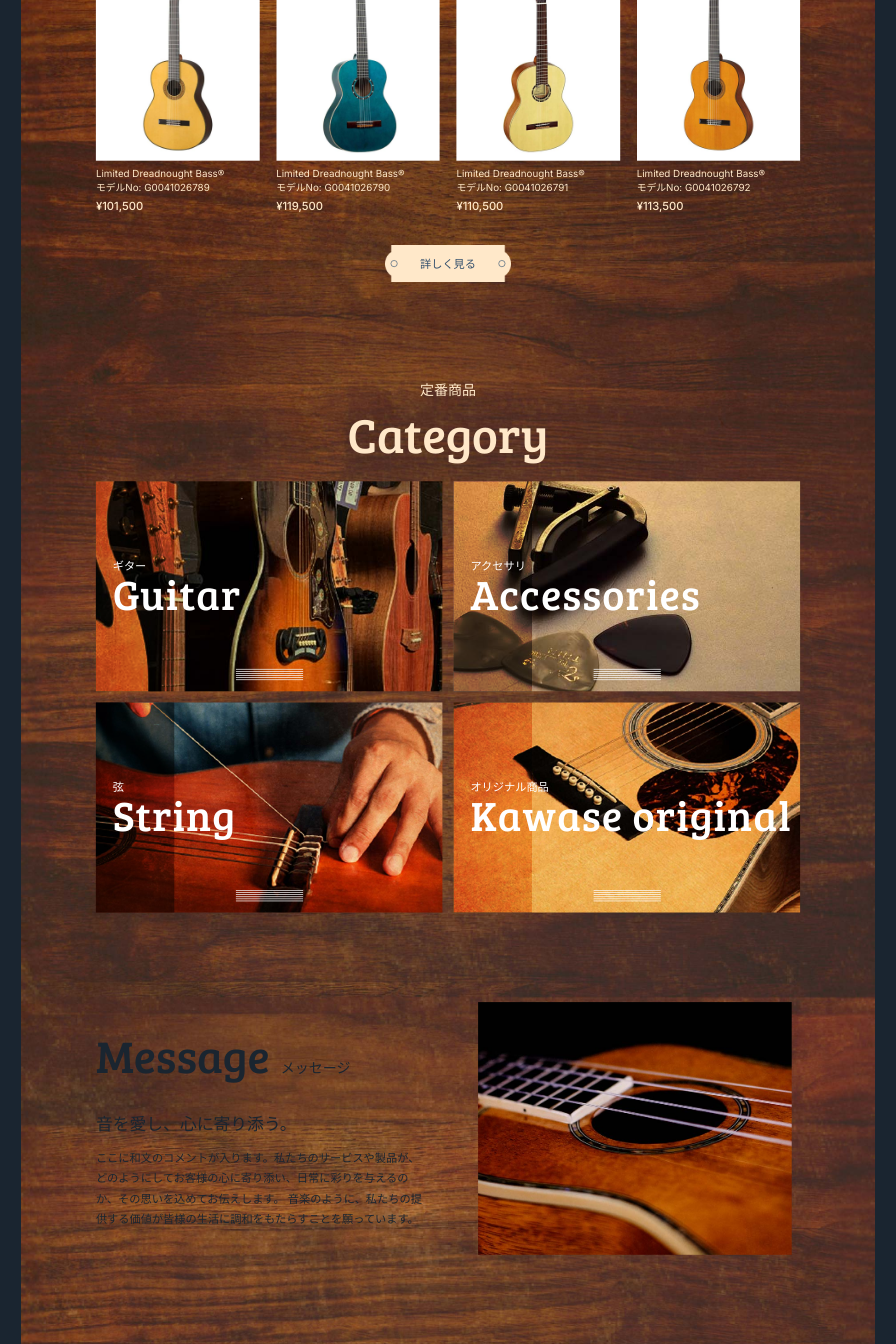
Repository: hyms035k/-----
Page: index.html
These files come from the project's save history. The page is drawn as it stood at one moment and after the next save; the edit follows.
The browser window is 1280 px wide. The pictures show the part of the page from y = 1622 to 3542 px (the page is 3542 px tall before and 3418 px after), at 70% of full size.
Some web fonts or font styles are not loaded; a fallback is used. Some web libraries are served in a nearby version. The style sheet was rebuilt from its Sass, Less or Tailwind sources for each picture, by a compiler version that may differ from the author's.

Above is the page before, as saved 2025-06-05 15:37:43.

### index.html
<!DOCTYPE html>
<html lang="ja">
<head>
    <meta charset="UTF-8">
    <meta name="viewport" content="width=device-width, initial-scale=1.0">
    <title>カワセ楽器（デモ）</title>

    <!-- Tailwind CSS CDN (開発版 - JITコンパイラ含む) -->
    <script src="https://cdn.tailwindcss.com"></script>
    <script>
        // Tailwind CSS の設定 (任意)
        // ここでテーマのカスタマイズなどが可能ですが、まずはデフォルトで進めます。
        // 例: tailwind.config = { theme: { extend: { colors: { 'custom-blue': '#243c5a' } } } }
    </script>
    <style type="text/tailwindcss">
        @layer components {
            .block-box {
                @apply py-10 md:py-20 xl:py-32;
            }
        }
        @layer utilities {
            .category-banner {
                @apply relative block h-[300px];
            }
            @screen md {
                .leading-relaxed {
                    line-height: 1.84;
                }
            }
        }
        @screen md {
            .container {
                @apply max-w-[650px]; /* 768px以上でコンテナのmax-widthは650px */
            }
        }
        @screen lg {
            .container {
                @apply max-w-[870px]; /* 992px以上でコンテナのmax-widthは870px */
            }
        }
        @screen xl {
            .container {
                @apply max-w-[1070px]; /* 1200px以上でコンテナのmax-widthは1070px */
            }
        }
        @screen 2xl {
            .container {
                @apply max-w-[1170px]; /* 1367px以上でコンテナのmax-widthは1170px */
            }
        }
    </style>
    <script>
        // InterフォントをTailwind CSSのデフォルトフォントとして設定
        tailwind.config = {
            theme: {
                // カスタムブレークポイントの定義
                screens: {
                    'sm': '640px',   // Tailwind CSSのデフォルト 'sm'
                    'md': '768px',   // ユーザー指定のBP
                    'lg': '992px',   // ユーザー指定のBP
                    'xl': '1200px',  // ユーザー指定のBP
                    '2xl': '1367px', // ユーザー指定のBP
                },
                // .container クラスのカスタマイズ
                container: {
                    center: true, // コンテナを中央揃えにする
                    padding: {
                        DEFAULT: '1.75rem',
                        md: '1.5rem',
                        lg: '2rem',
                    },
                    screens: {
                        sm: '640px',
                        md: '650px',
                        lg: '870px',
                        xl: '1070px',
                        '2xl': '1170px',
                    },
                },
                extend: {
                    fontFamily: {
                        // デフォルトのサンセリフフォントを Kiwi Maru に設定
                        sans: ['Kiwi Maru', 'Inter', 'sans-serif'],
                        // 見出し等で使用するセリフフォントとして Bree Serif を設定
                        serif: ['Bree Serif', 'serif'],
                    },
                }
            }
        }
    </script>

    <!-- GoogleFonts -->
    <link rel="preconnect" href="https://fonts.googleapis.com">
    <link rel="preconnect" href="https://fonts.gstatic.com" crossorigin>
    <link href="https://fonts.googleapis.com/css2?family=Kiwi+Maru:wght@400;500;600&display=swap" rel="stylesheet">
    <link href="https://fonts.googleapis.com/css2?family=Bree+Serif&display=swap" rel="stylesheet">

    <!-- Interフォントの読み込み (Tailwind CSSのデフォルトフォントファミリーと相性が良い) -->
    <link href="https://fonts.googleapis.com/css2?family=Inter:wght@400;500;600;700&display=swap" rel="stylesheet">

    <link href="./css/style.min.css" rel="stylesheet">
</head>
<body class="font-sans antialiased text-[#1a2530] bg-[#1a2530]">

    <!-- ヒーローセクション -->
    <section id="hero-section" class="h-screen flex flex-col items-center justify-center bg-cover bg-center text-white" aria-labelledby="hero-heading">
        <div class="container h-full flex flex-col items-center justify-center">
            <!-- ロゴのプレースホルダー -->
            <h1 class="hero-logo w-[80%] md:w-[46.1538461%] mx-auto"><img src="./img/top__hero_logo-min.png" alt=""></h1>
            <h2 id="hero-heading" class="text-2xl xl:text-[33px] text-center text-[#ffe1be] leading-[1.4] mt-6">
                あらゆる場面に対処できる<br>長年の経験と技術
            </h2>
        </div>
    </section>

    <main class="px-2 md:px-[30px]">
        <section id="block-1st" class="bg-cover bg-center">
            <div class="container block-box">
                <div class="lg:grid lg:grid-cols-2 lg:gap-[60px] items-center">
                    <div class="flex flex-col">
                        <div class="md:flex md:items-baseline md:gap-x-4 text-center md:text-left">
                            <p class="font-serif text-4xl lg:text-[65px] leading-tight">Message</p>
                            <h2 class="font-sans lg:text-[20px] mt-1">メッセージ</h2>
                        </div>
                        <div class="lg:hidden my-5">
                            <img src="./img/top__block1st_image.jpg" alt="メッセージのイメージ (スマホ)" class="w-full h-auto object-cover">
                        </div>
                        <div class="lg:mt-10">
                            <h3 class="font-sans text-[1.3rem] lg:text-[24px] font-medium">音を愛し、心に寄り添う。</h3>
                            <p class="font-sans text-base mt-4 leading-relaxed">
                                ここに和文のコメントが入ります。私たちのサービスや製品が、どのようにしてお客様の心に寄り添い、日常に彩りを与えるのか、その思いを込めてお伝えします。
                                音楽のように、私たちの提供する価値が皆様の生活に調和をもたらすことを願っています。
                            </p>
                        </div>
                    </div>
                    <div class="hidden lg:flex items-center justify-center">
                        <img src="./img/top__block1st_image.jpg" alt="メッセージのイメージ (PC)" class="w-full max-w-md h-auto object-cover">
                    </div>
                </div>
            </div>
        </section>

        <section id="block-2nd" class="bg-cover bg-top">
            <div class="container block-box pt-0">
                <!-- おすすめ商品 / Topics -->
                <div id="topics" class="block-box pb-0 text-[#ffe8c9]">
                    <div class="max-w-6xl mx-auto">
                        <div class="md:flex md:items-center md:justify-between">
                            <div class="tracking-wide md:flex md:items-baseline md:gap-x-4 text-center md:text-left">
                                <p class="text-4xl lg:text-[56px] font-serif leading-tight">Topics</p>
                                <h2 class="lg:text-[20px] ml-2 mt-1 md:mt-0 font-sans">おすすめ商品</h2>
                            </div>
                            <div class="quick-tab flex justify-center md:justify-end gap-2 lg:gap-4 text-sm mt-4 md:mt-0">
                                <div class="btn text-center active"><span><span>ランキング</span></span></div>
                                <div class="btn text-center"><span><span>新着</span></span></div>
                            </div>
                        </div>
                        <!-- 商品カードリスト -->
                        <div class="grid grid-cols-2 md:grid-cols-4 gap-6 mt-6 mb-11">
                            <!-- 商品カード（繰り返し） -->
                            <div class="text-left">
                                <img src="./img/top__block2nd_topics_guiter_1.jpg" alt="Limited Dreadnought Bass" class="mx-auto mb-2">
                                <p class="text-xs sm:text-sm">
                                    Limited Dreadnought Bass®<br>
                                    モデルNo: G0041026789
                                </p>
                                <p class="mt-1 font-medium">¥101,500</p>
                            </div>
                            <!-- 以下、繰り返し -->
                            <div class="text-left">
                                <img src="./img/top__block2nd_topics_guiter_2.jpg" alt="Limited Dreadnought Bass" class="mx-auto mb-2">
                                <p class="text-xs sm:text-sm">
                                    Limited Dreadnought Bass®<br>
                                    モデルNo: G0041026790
                                </p>
                                <p class="mt-1 font-medium">¥119,500</p>
                            </div>
                            <div class="text-left">
                                <img src="./img/top__block2nd_topics_guiter_3.jpg" alt="Limited Dreadnought Bass" class="mx-auto mb-2">
                                <p class="text-xs sm:text-sm">
                                    Limited Dreadnought Bass®<br>
                                    モデルNo: G0041026791
                                </p>
                                <p class="mt-1 font-medium">¥110,500</p>
                            </div>
                            <div class="text-left">
                                <img src="./img/top__block2nd_topics_guiter_4.jpg" alt="Limited Dreadnought Bass" class="mx-auto mb-2">
                                <p class="text-xs sm:text-sm">
                                    Limited Dreadnought Bass®<br>
                                    モデルNo: G0041026792
                                </p>
                                <p class="mt-1 font-medium">¥113,500</p>
                            </div>
                        </div>
                        <div class="text-center">
                            <a href="#" class="inline-block btn text-center"><span><span>詳しく見る</span></span></a>
                        </div>
                    </div>
                </div>

                <!-- 定番商品 / Category セクション -->
                <div id="category" class="block-box pb-0 text-[#ffe8c9]">
                    <div class="text-center mb-8">
                        <h2 class="text-3xl md:text-4xl lg:text-[20px] font-medium mb-2 leading-tight">定番商品</h2>
                        <p class="font-serif text-lg lg:text-[70px] leading-none">Category</p>
                    </div>

                    <!-- バナー 2x2 -->
                    <div class="grid grid-cols-1 sm:grid-cols-2 gap-4">
                        <!-- バナー1 -->
                        <a href="" class="category-banner">
                            <img src="./img/top__block2nd_category_1.jpg" alt="バナー1" class="absolute inset-0 w-full h-full object-cover z-0">
                            <div class="absolute top-0 left-0 h-full z-10"
                                style="width:22.6765799%; background-color:#444140; mix-blend-mode:overlay;"></div>
                            <div class="absolute inset-0 z-20 flex items-center pl-6 text-white">
                                <div>
                                    <p class="font-medium leading-tight">ギター</p>
                                    <p class="font-serif text-sm lg:text-[60px] leading-none tracking-wide">Guitar</p>
                                </div>
                            </div>
                            <div class="absolute bottom-4 left-1/2 -translate-x-1/2 flex flex-col gap-[2px] z-20">
                                <div class="w-24 h-[1px] bg-white"></div>
                                <div class="w-24 h-[1px] bg-white"></div>
                                <div class="w-24 h-[1px] bg-white"></div>
                                <div class="w-24 h-[1px] bg-white"></div>
                                <div class="w-24 h-[1px] bg-white"></div>
                                <div class="w-24 h-[1px] bg-white"></div>
                            </div>
                        </a>

                        <!-- バナー2 -->
                        <a href="" class="category-banner">
                            <img src="./img/top__block2nd_category_2.jpg" alt="バナー2" class="absolute inset-0 w-full h-full object-cover z-0">
                            <div class="absolute top-0 left-0 h-full z-10"
                                style="width:22.6765799%; background-color:#444140; mix-blend-mode:overlay;"></div>
                            <div class="absolute inset-0 z-20 flex items-center pl-6 text-white">
                                <div>
                                    <p class="font-medium leading-tight">アクセサリ</p>
                                    <p class="font-serif text-sm lg:text-[60px] leading-none tracking-wide">Accessories</p>
                                </div>
                            </div>
                            <div class="absolute bottom-4 left-1/2 -translate-x-1/2 flex flex-col gap-[2px] z-20">
                                <div class="w-24 h-[1px] bg-white"></div>
                                <div class="w-24 h-[1px] bg-white"></div>
                                <div class="w-24 h-[1px] bg-white"></div>
                                <div class="w-24 h-[1px] bg-white"></div>
                                <div class="w-24 h-[1px] bg-white"></div>
                                <div class="w-24 h-[1px] bg-white"></div>
                            </div>
                        </a>

                        <!-- バナー3 -->
                        <a href="" class="category-banner">
                            <img src="./img/top__block2nd_category_3.jpg" alt="バナー3" class="absolute inset-0 w-full h-full object-cover z-0">
                            <div class="absolute top-0 left-0 h-full z-10"
                                style="width:22.6765799%; background-color:#444140; mix-blend-mode:overlay;"></div>
                            <div class="absolute inset-0 z-20 flex items-center pl-6 text-white">
                                <div>
                                    <p class="font-medium leading-tight">弦</p>
                                    <p class="font-serif text-sm lg:text-[60px] leading-none tracking-wide">String</p>
                                </div>
                            </div>
                            <div class="absolute bottom-4 left-1/2 -translate-x-1/2 flex flex-col gap-[2px] z-20">
                                <div class="w-24 h-[1px] bg-white"></div>
                                <div class="w-24 h-[1px] bg-white"></div>
                                <div class="w-24 h-[1px] bg-white"></div>
                                <div class="w-24 h-[1px] bg-white"></div>
                                <div class="w-24 h-[1px] bg-white"></div>
                                <div class="w-24 h-[1px] bg-white"></div>
                            </div>
                        </a>

                        <!-- バナー4 -->
                        <a href="" class="category-banner">
                            <img src="./img/top__block2nd_category_4.jpg" alt="バナー4" class="absolute inset-0 w-full h-full object-cover z-0">
                            <div class="absolute top-0 left-0 h-full z-10"
                                style="width:22.6765799%; background-color:#444140; mix-blend-mode:overlay;"></div>
                            <div class="absolute inset-0 z-20 flex items-center pl-6 text-white">
                                <div>
                                    <p class="font-medium leading-tight">オリジナル商品</p>
                                    <p class="font-serif text-sm lg:text-[60px] leading-none tracking-wide">Kawase original</p>
                                </div>
                            </div>
                            <div class="absolute bottom-4 left-1/2 -translate-x-1/2 flex flex-col gap-[2px] z-20">
                                <div class="w-24 h-[1px] bg-white"></div>
                                <div class="w-24 h-[1px] bg-white"></div>
                                <div class="w-24 h-[1px] bg-white"></div>
                                <div class="w-24 h-[1px] bg-white"></div>
                                <div class="w-24 h-[1px] bg-white"></div>
                                <div class="w-24 h-[1px] bg-white"></div>
                            </div>
                        </a>
                    </div>
                </div>

                <div class="lg:grid lg:grid-cols-2 lg:gap-[60px] items-center pt-10 md:pt-20 xl:pt-[8rem]">
                    <div class="flex flex-col">
                        <div class="md:flex md:items-baseline md:gap-x-4">
                            <h2 class="font-serif text-4xl lg:text-[65px] leading-tight">Message</h2>
                            <p class="font-sans lg:text-[20px] mt-1">メッセージ</p>
                        </div>
                        <div class="lg:hidden my-5">
                            <img src="./img/top__block1st_image.jpg" alt="メッセージのイメージ (スマホ)" class="w-full h-auto object-cover">
                        </div>
                        <div class="lg:mt-10">
                            <h3 class="font-sans text-[1.3rem] lg:text-[24px] font-medium">音を愛し、心に寄り添う。</h3>
                            <p class="font-sans text-base mt-4 leading-relaxed">
                                ここに和文のコメントが入ります。私たちのサービスや製品が、どのようにしてお客様の心に寄り添い、日常に彩りを与えるのか、その思いを込めてお伝えします。
                                音楽のように、私たちの提供する価値が皆様の生活に調和をもたらすことを願っています。
                            </p>
                        </div>
                    </div>
                    <div class="hidden lg:flex items-center justify-center">
                        <img src="./img/top__block1st_image.jpg" alt="メッセージのイメージ (PC)" class="w-full max-w-md h-auto object-cover">
                    </div>
                </div>
            </div>
        </section>
    </main>

</body>
</html>

### scss/style.scss
@charset "UTF-8";
@use "msg-config" as conf;

.remove {
	position: relative;
	overflow: hidden;
	display: block;
	width: 100%;
	height: 0;
	font-size: 0.5em;
	text-align: left;
	text-indent: -9999px;
	background-position: center;
	background-repeat: no-repeat;
	background-size: cover;
}

.btn {
	position: relative;
	overflow: hidden;
	color: conf.$navy;
	text-decoration: none !important;
	mask: url(../img/btn_mask-min.png) center left no-repeat;
	mask-size: auto 100%;
	cursor: pointer;
	> span {
		position: relative;
		overflow: hidden;
		display: block;
		background-color: conf.$light;
		mask: url(../img/btn_mask-min.png) center right no-repeat;
		mask-size: auto 100%;
		&:before {
			position: absolute;
			top: 0;
			left: 0;
			bottom: 0;
			display: block;
			width: 0;
			background-color: conf.$base;
			transition: 0.3s;
			content: "";
		}
		> span {
			position: relative;
			display: block;
			padding-top: 15px;
			padding-bottom: 15px;
			&:before, &:after {
				position: absolute;
				top: 50%;
				display: block;
				width: 10px;
				height: 10px;
				border: solid 1px conf.$navy-light;
				border-radius: 50%;
				transform: translateY(-50%);
				content: "";
			}
			&:before {
				left: 8px;
			}
			&:after {
				right: 8px;
			}
		}
	}
	&:hover, &:focus {
		color: conf.$light;
		> span {
			&:before {
				width: 100%;
			}
		}
	}
	&.inline-block {
		> span {
			> span {
				padding-left: 50px;
				padding-right: 50px;
			}
		}
	}
}

#hero {
	&-section {
		@include conf.mq(768) {
			background-image: url(../img/top__hero_bg.jpg);
		}
		@include conf.mq(0,768) {
			background-image: url(../img/top__hero_bg_sp.jpg);
		}
	}
}

#block {
	&-1st {
		background-image: url(../img/top__block1st_bg.jpg);
	}
	&-2nd {
		background-image: url(../img/top__block2nd_bg.jpg);
		.quick-tab {
			> .btn {
				@include conf.mq(768) {
					min-width: 150px;
				}
				@include conf.mq(0,768) {
					width: calc((100% - 0.5rem) * 0.5);
					max-width: 150px;
				}
				> span {
					> span {
						padding-top: 10px;
						padding-bottom: 10px;
						&:before, &:after {
							width: 6px;
							height: 6px;
						}
						&:before {
							left: 6px;
						}
						&:after {
							right: 6px;
						}
					}
				}
				&.active {
					color: conf.$light !important;
					> span {
						background-color: conf.$base !important;
					}
				}
			}
		}
	}
}

### scss/_msg-config.scss
@charset "UTF-8";

$base: #1a2530;
$light: #ffe8c9;

$navy: #34506d;
$navy-light: #4d667f;

$accent: #004097;
$bright-accent: #ccd9ea;
$hardright-accent: #eaedf0;
$lavender: #e2e7fe;
$blue: #5f7efb;
$green: #1CA038;
$deep-blue: #3268ED;
$lime: #aacc03;
$dark-gray: #4d4d4d;

@mixin mq($min:0, $max:0, $mode:'screen') {
	$bp_min: '';
	$bp_max: '';
	@if $min > 0 {
		$bp_min: ' and (min-width:#{$min}px)';
	}
	@if $max > 0 {
		$bp_max: ' and (max-width:#{$max - 1}px)';
	}

	@media #{$mode}#{$bp_min}#{$bp_max} {
		@content;
	}
}

@mixin center($y:1, $x:0){
	@if $y > 0 {
		top: 50%;
	}
	@if $x > 0 {
		left: 50%;
	}
	@if $y > 0 or $x > 0 {
		@if $y == 0 or $x == 0 {
			@if $y > 0 {
				transform: translateY(-50%);
			}
			@else {
				transform: translateX(-50%);
			}
		}
		@else {
			transform: translate(-50%,-50%);
		}
	}
}

@mixin full($fixed:0){
	@if $fixed > 0 {
		@if $fixed > 1 {
			position: relative;
		}
		@else{
			position: fixed;
		}
	}
	@else{
		position: absolute;
	}

	top: 0;
	left: 0;
	right: 0;
	bottom: 0;
	display: block;
	width: 100%;
	height: 100%;
}

After the next save:
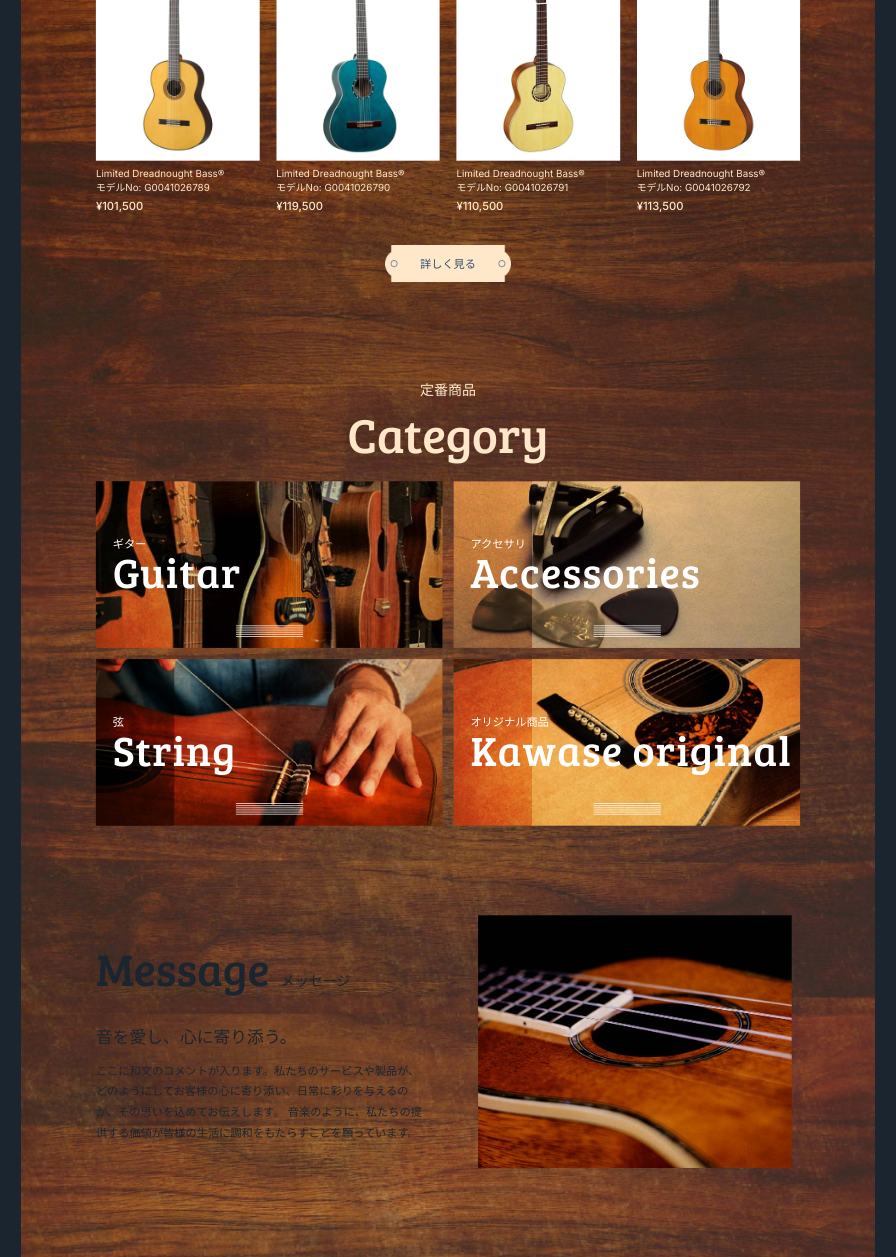
Saved 4 min 52 s later.
--- a/index.html
+++ b/index.html
@@ -20,7 +20,10 @@
         }
         @layer utilities {
             .category-banner {
-                @apply relative block h-[300px];
+                @apply relative block h-[238px];
+            }
+            .category-banner > img {
+                @apply absolute inset-0 w-full h-full object-cover z-0;
             }
             @screen md {
                 .leading-relaxed {
